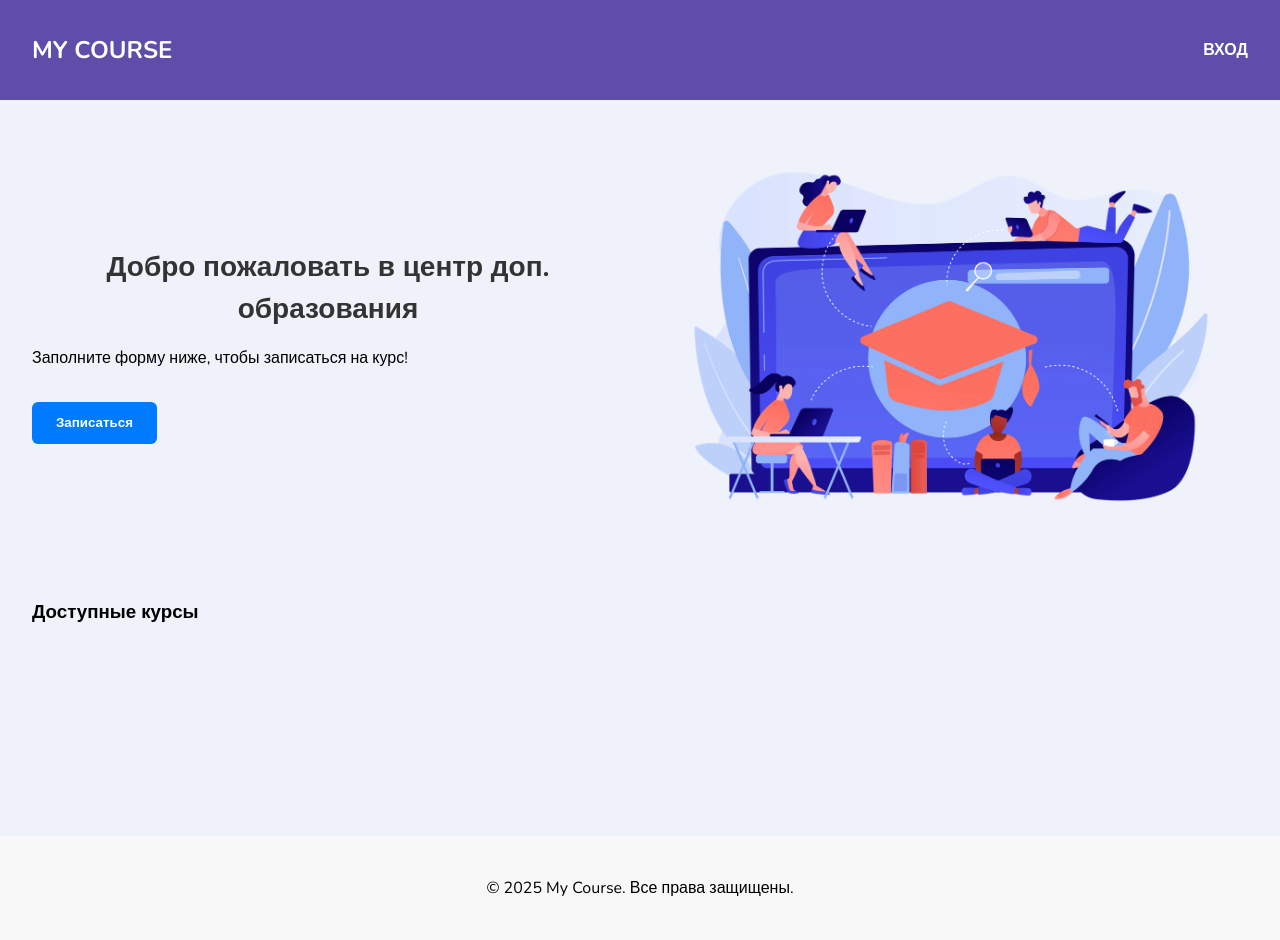
Repository: NikitaSevens/my-course
Page: /
These files come from the project's save history. The page is drawn as it stood at one moment and after the next save; the edit follows.
The browser window is 1280 px wide. The pictures show the whole page.
The project was rebuilt for these pictures with package versions that can differ from the ones it lists, and the page was loaded fresh each time. Also part of the build but not shown: vite.config.ts, src/components/CourseCard/CourseCard.module.css, src/components/CourseCard/CourseCard.tsx, src/components/EnrollPopup/EnrollPopup.tsx, src/components/Header/ProtectedRoute.tsx, src/mock/courses.ts, src/Pages/Dashboard/Dashboard.tsx, src/components/CreateCourse/CreateCourse.module.css and 8 more.

Above is the page before, as saved 2025-04-25 15:10:24.

After the next save:
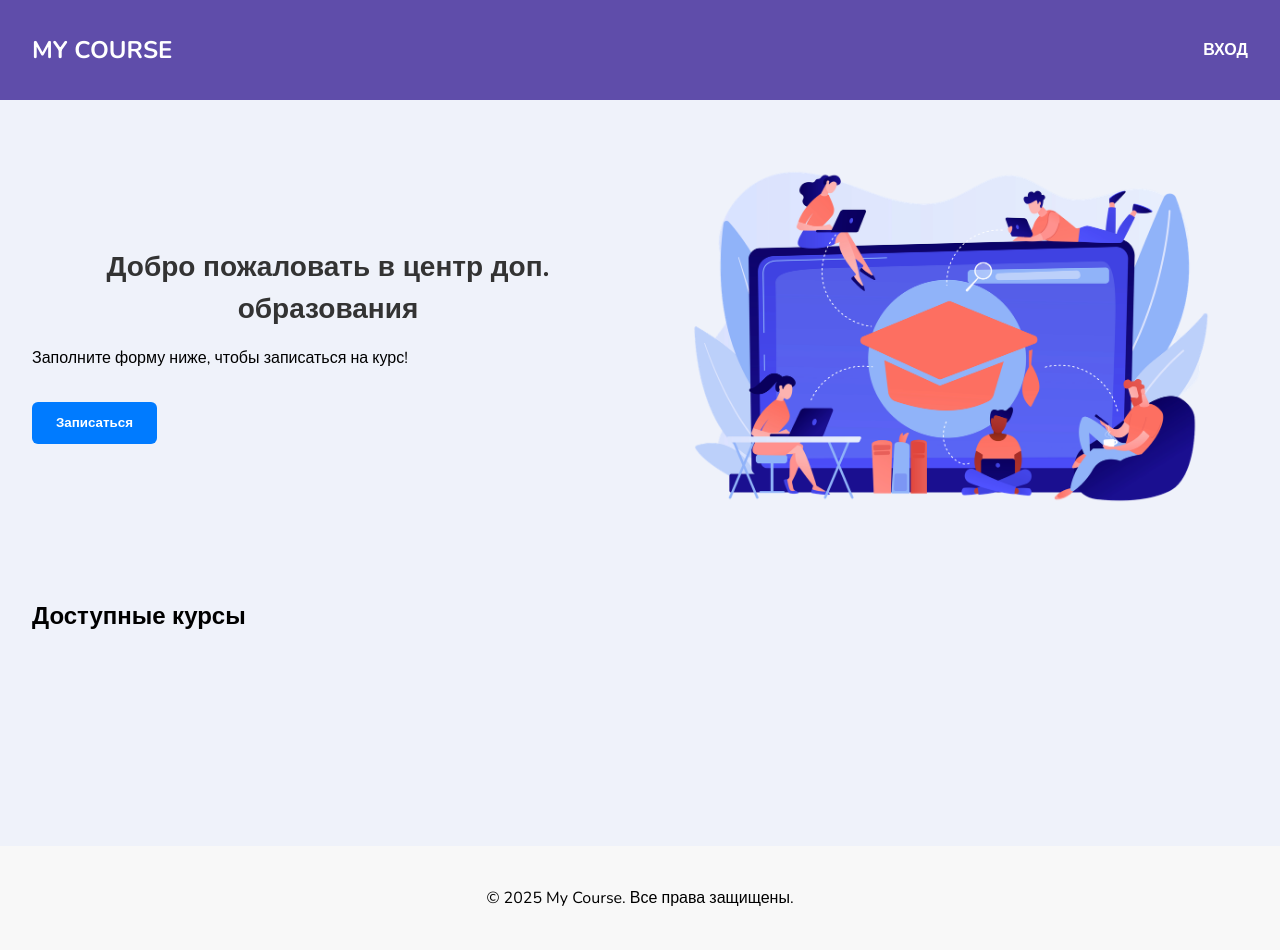
Saved 45 s later.
--- a/src/Pages/Home/Home.tsx
+++ b/src/Pages/Home/Home.tsx
@@ -35,7 +35,7 @@ const Home = () => {
 
         {/* Курсы */}
         <section className={styles.courses}>
-          <h3>Доступные курсы</h3>
+          <h1>Доступные курсы</h1>
           <div className={styles.courseScroll} onClick={() => handleOpenPopup()}>
             <CourseList />
           </div>
